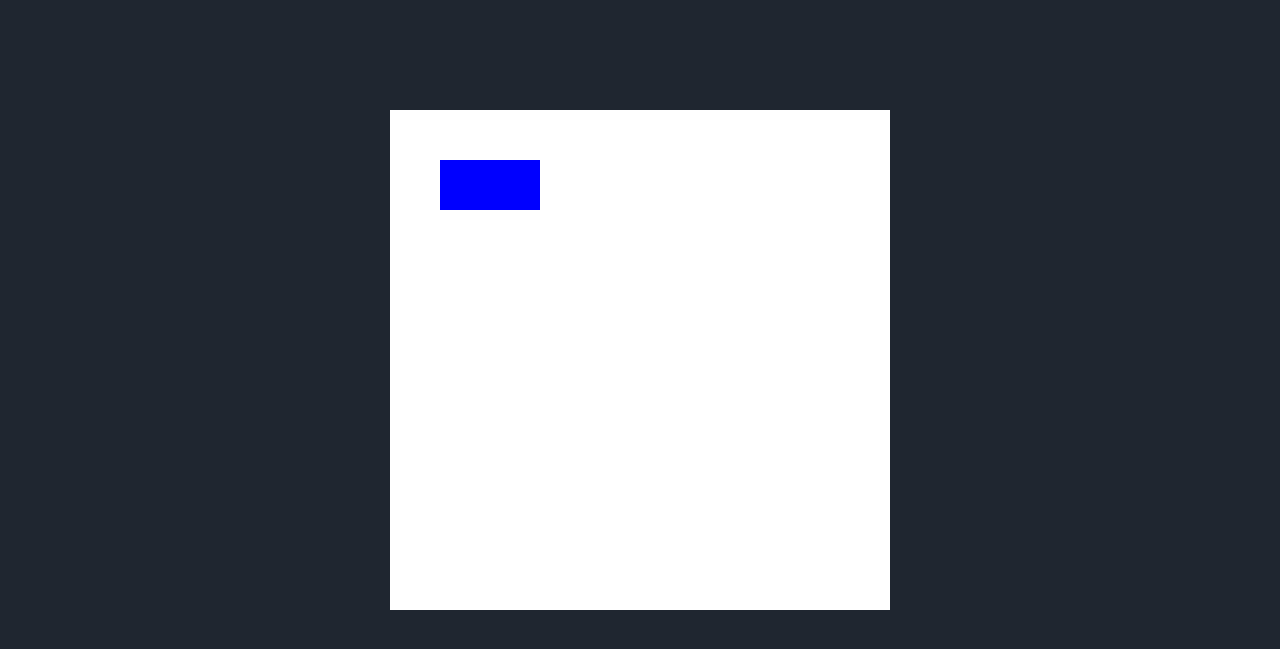
Repository: thecodeholic/cst-javascript-course
Page: /
The author's editor kept a copy of each file at every save. The page is drawn from the files as they stood at one save, then again after the next save.
The browser window is 1280 px wide. The pictures show the whole page.
The project was rebuilt for these pictures with package versions that can differ from the ones it lists, and the page was loaded fresh each time.

Above is the page before, as saved 2020-11-25 09:36:02.

After the next save:
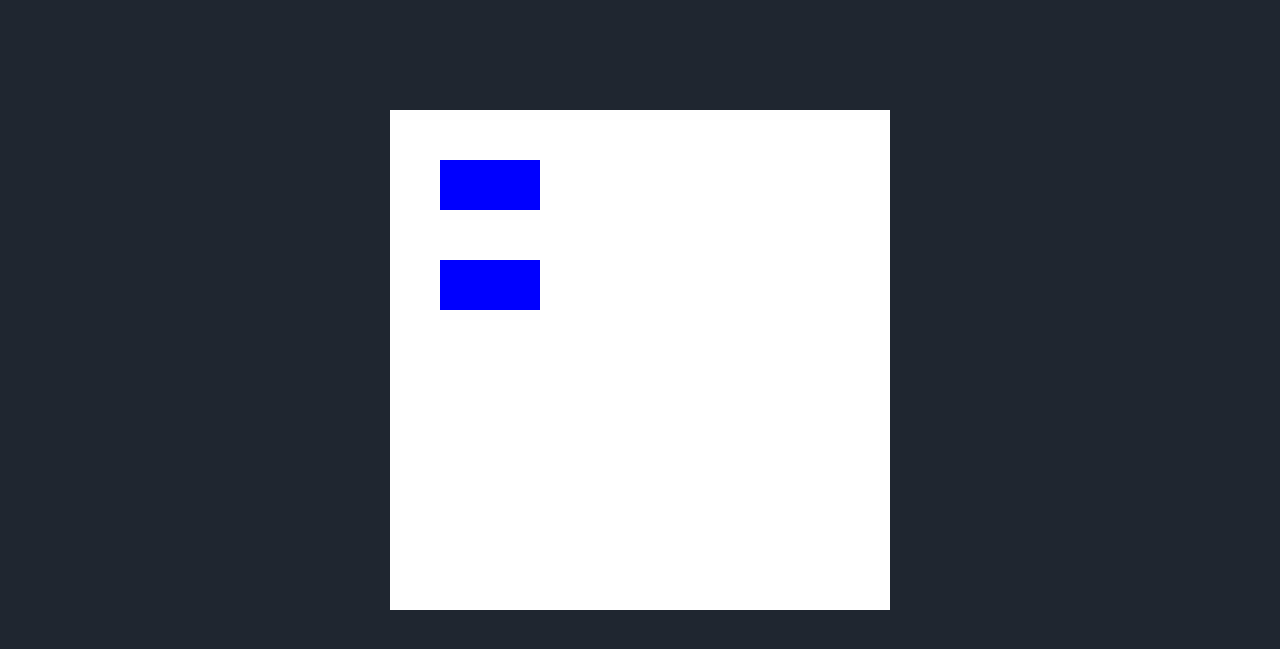
Saved 24 s later.
--- a/app.js
+++ b/app.js
@@ -14,6 +14,7 @@ const ctx = canvas.getContext('2d');
 // fillRect
 ctx.fillStyle = 'blue';
 ctx.fillRect(50, 50, 100, 50);
+ctx.fillRect(50, 150, 100, 50)
 
 // strokeRect
 
